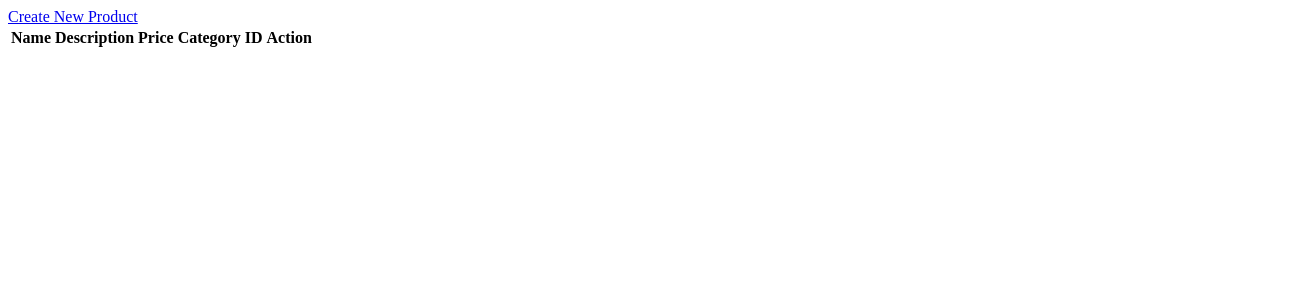
Repository: takaran/laravel-todo-kadai1
Page: http://localhost/products
These files come from the project's save history. The page is drawn as it stood at one moment and after the next save; the edit follows.
The browser window is 1280 px wide. The page is 1280 px wide, then 1292 px, so the pictures cover 1292 px, including what lies to the right of the window. The pictures show the whole page.
The page is served by the project's Laravel application, run on PHP 8.4 with Laravel 9. A made-up administrator, Test User (test@example.com), is signed in. Style sheets and scripts are compiled from the project's sources, by tool versions that may differ from the author's. Queries for data that is not in the repository find no rows.

Above is the page before, as saved 2024-06-04 18:39:43.

After the next save:
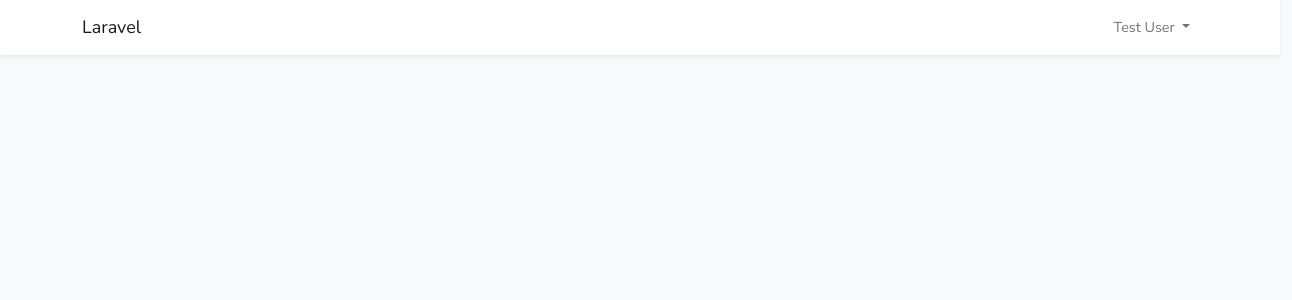
Saved 43 s later.
--- a/resources/views/products/index.blade.php
+++ b/resources/views/products/index.blade.php
@@ -1,28 +1,27 @@
-<a href="{{ route('products.create') }}"> Create New Product</a>
+@extends('layouts.app')
 
-<table>
-  <tr>
-    <th>Name</th>
-    <th>Description</th>
-    <th>Price</th>
-    <th>Category ID</th>
-    <th>Action</th>
-  </tr>
-  @foreach ($products as $product)
-    <tr>
-    <td>{{ $product->name }}</td>
-    <td>{{ $product->description }}</td>
-    <td>{{ $product->price }}</td>
-    <td>{{ $product->category_id }}</td>
-    <td>
-      <form action="{{ route('products.destroy', $product->id) }}" method="POST">
-      <a href="{{ route('products.show', $product->id) }}">Show</a>
-      <a href="{{ route('products.edit', $product->id) }}">Edit</a>
-      @csrf
-      @method('DELETE')
-      <button type="submit">Delete</button>
-      </form>
-    </td>
-    </tr>
-  @endforeach
-</table>
+@section('content')
+<div class="row">
+  <div class="col-9">
+    <div class="container mt-4">
+      <div class="row w-100">
+        @foreach($products as $product)
+      <div class="col-3">
+        <a href="{{route('products.show', $product)}}">
+        <img src="{{ asset('img/dummy.png')}}" class="img-thumbnail">
+        </a>
+        <div class="row">
+        <div class="col-12">
+          <p class="samuraimart-product-label mt-2">
+          {{$product->name}}<br>
+          <label>￥{{$product->price}}</label>
+          </p>
+        </div>
+        </div>
+      </div>
+    @endforeach
+      </div>
+    </div>
+  </div>
+</div>
+@endsection
